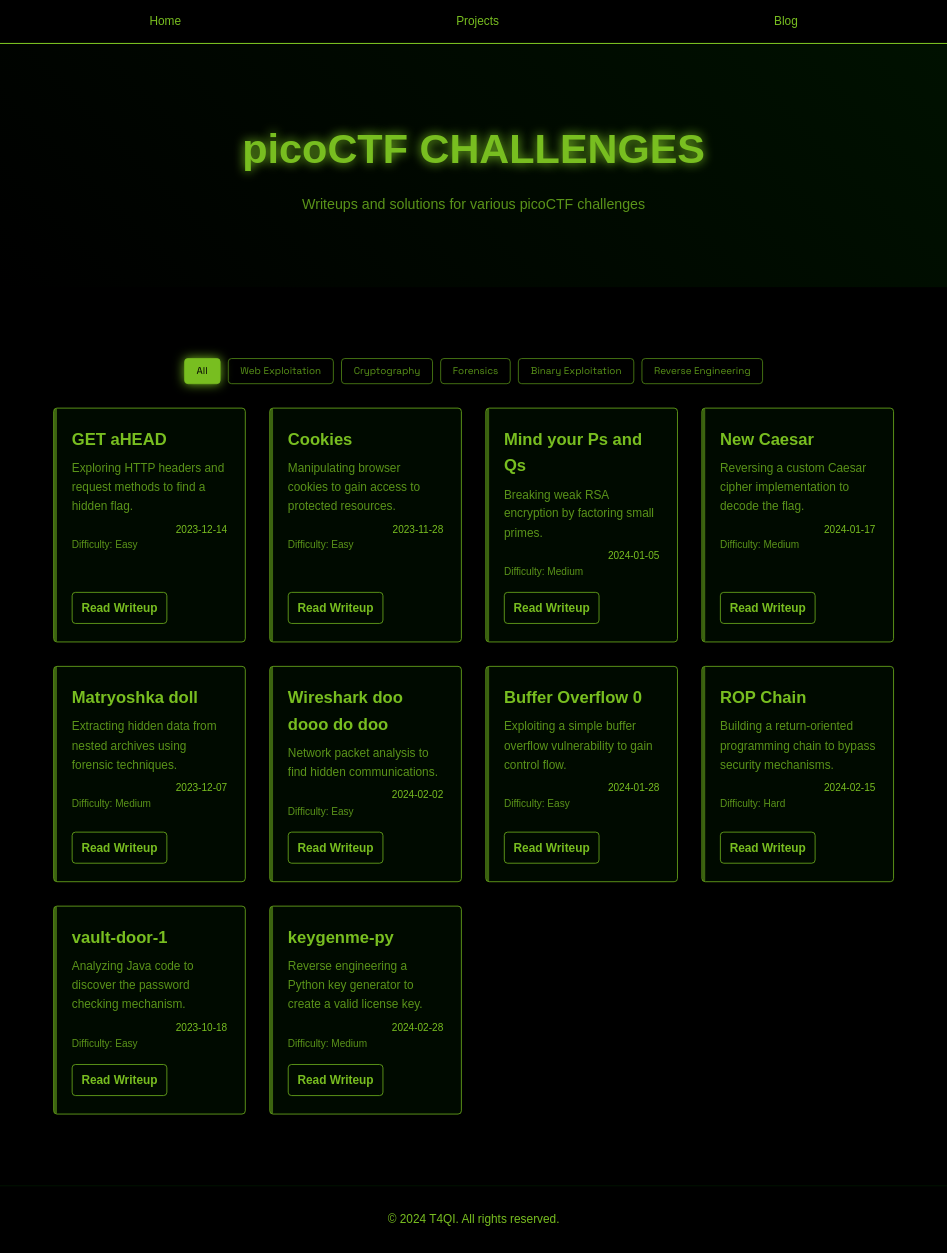
Repository: mohamedsoliman-tq/Website
Page: blogs/picoCTF/picoCTF.html
The author's editor kept a copy of each file at every save. The page is drawn from the files as they stood at one save, then again after a run of saves.
The browser window is 1280 px wide. The pictures show the whole page, at 74% of full size.

Above is the page before, as saved 2025-03-12 23:43:11.

After the next 2 saves:
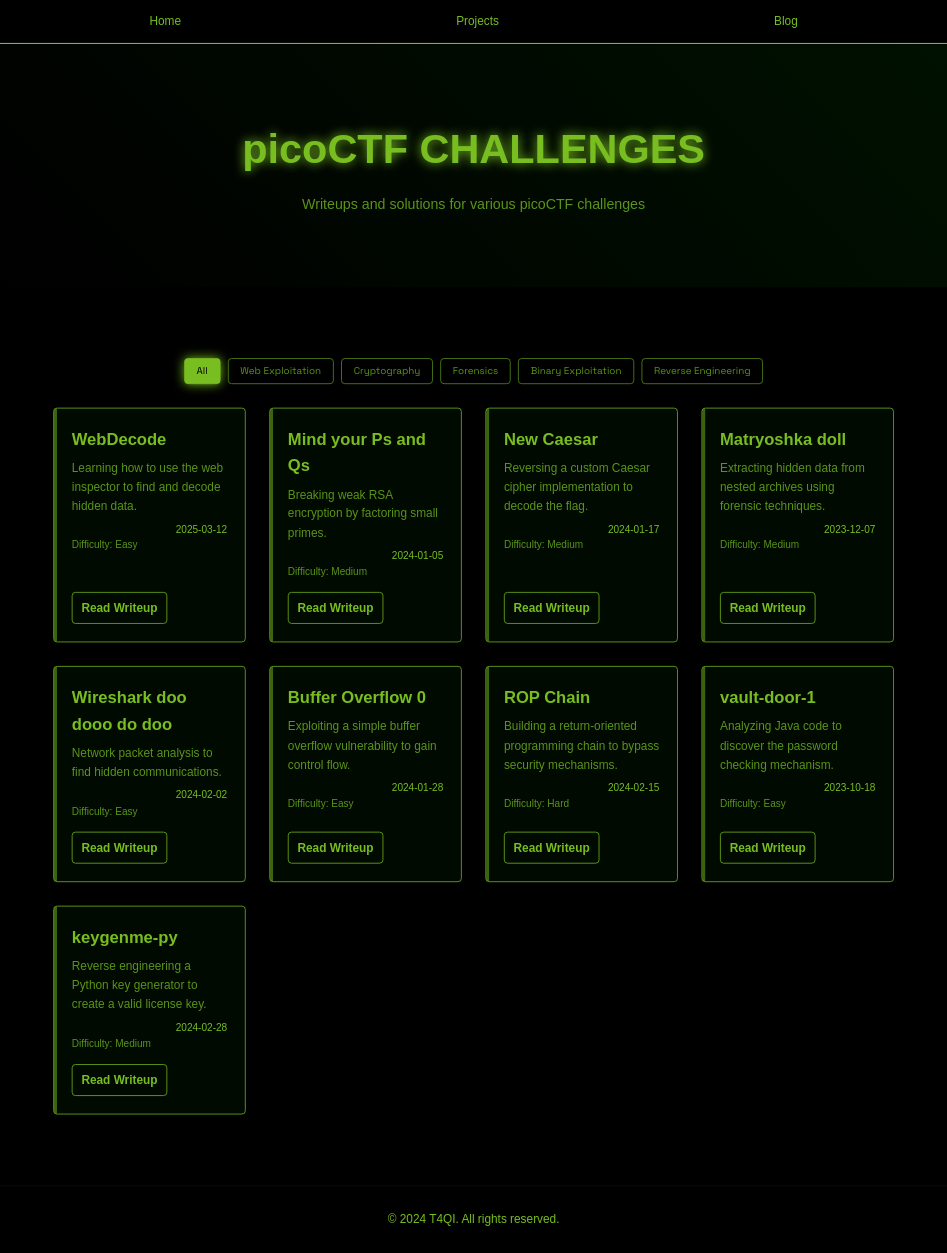
The 2 saves are shown as one change because they came seconds apart.
The last was saved 2 min 47 s later.
--- a/blogs/picoCTF/picoCTF.html
+++ b/blogs/picoCTF/picoCTF.html
@@ -44,19 +44,11 @@
             <div class="blog-posts">
                 <!-- Web Exploitation Challenges -->
                 <div class="blog-card" data-category="web">
-                    <h3>GET aHEAD</h3>
-                    <p>Exploring HTTP headers and request methods to find a hidden flag.</p>
-                    <span class="blog-date">2023-12-14</span>
+                    <h3>WebDecode</h3>
+                    <p>Learning how to use the web inspector to find and decode hidden data.</p>
+                    <span class="blog-date">2025-03-12</span>
                     <span class="blog-difficulty">Difficulty: Easy</span>
-                    <a href="/blogs/picoctf/get-ahead.html" class="read-more">Read Writeup</a>
-                </div>
-
-                <div class="blog-card" data-category="web">
-                    <h3>Cookies</h3>
-                    <p>Manipulating browser cookies to gain access to protected resources.</p>
-                    <span class="blog-date">2023-11-28</span>
-                    <span class="blog-difficulty">Difficulty: Easy</span>
-                    <a href="/blogs/picoctf/cookies.html" class="read-more">Read Writeup</a>
+                    <a href="/blogs/picoctf/webdecode.html" class="read-more">Read Writeup</a>
                 </div>
 
                 <!-- Cryptography Challenges -->
